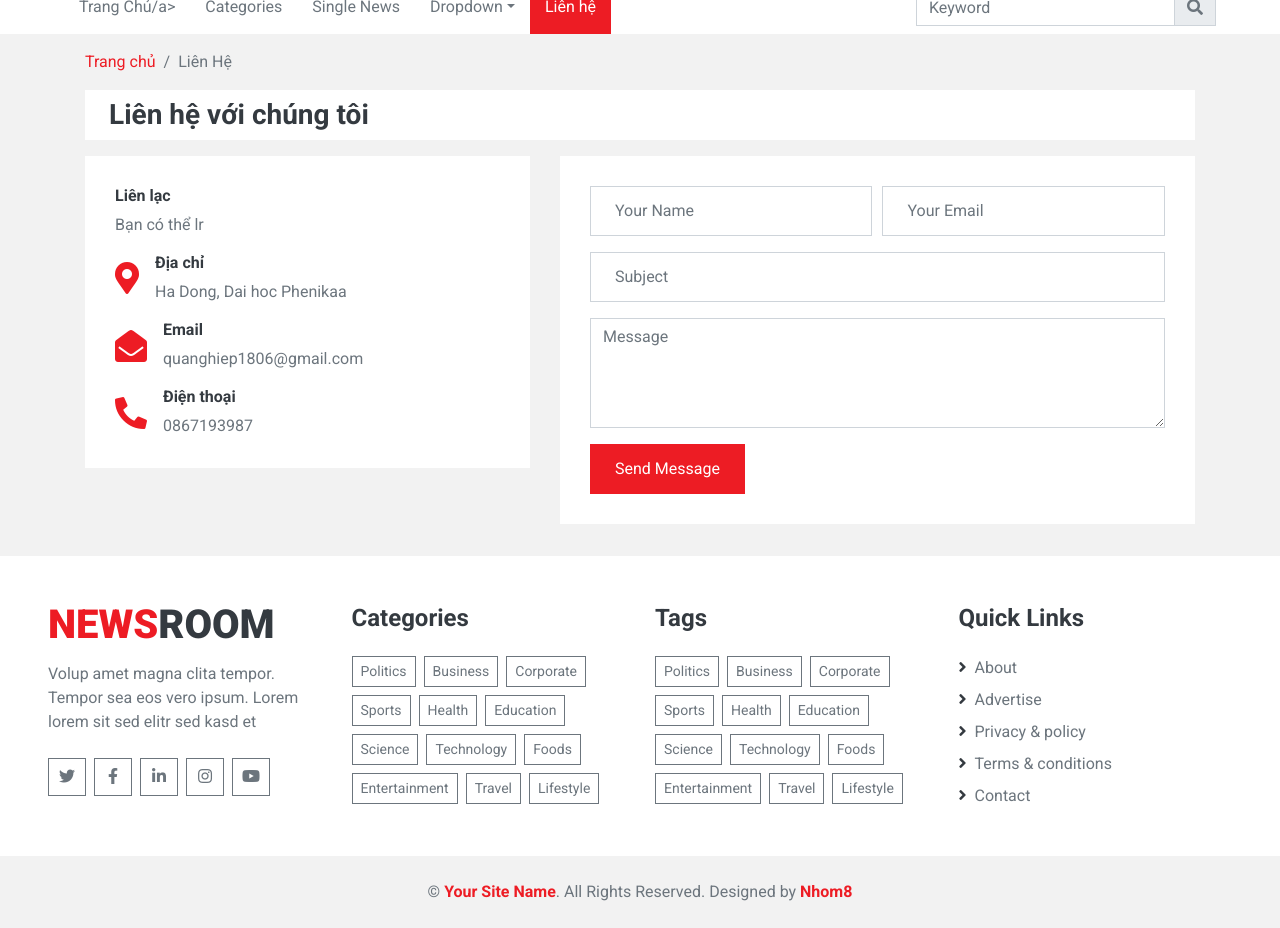
Repository: Namnguyen13/tessttt
Page: contact.html
These files come from the project's save history. The page is drawn as it stood at one moment and after the next save; the edit follows.
The browser window is 1280 px wide. The pictures show the part of the page from y = 376 to 1304 px (the page is 1304 px tall).
A picture or video elsewhere on the page could not be fetched, so the positions and the page height are approximate.

Above is the page before, as saved 2023-04-14 21:14:49.

### contact.html
<!DOCTYPE html>
<html lang="en">

<head>
    <meta charset="utf-8">
    <title>Phần mềm đặt sân đá bóng</title>
    <meta content="width=device-width, initial-scale=1.0" name="viewport">
    <meta content="Free HTML Templates" name="keywords">
    <meta content="Free HTML Templates" name="description">

    <!-- Favicon -->
    <link href="img/favicon.ico" rel="icon">

    <!-- Google Web Fonts -->
    <link rel="preconnect" href="https://fonts.gstatic.com">
    <link href="https://fonts.googleapis.com/css2?family=Roboto:wght@300;400;500;700;900&display=swap" rel="stylesheet">

    <!-- Font Awesome -->
    <link href="https://cdnjs.cloudflare.com/ajax/libs/font-awesome/5.15.0/css/all.min.css" rel="stylesheet">

    <!-- Libraries Stylesheet -->
    <link href="lib/owlcarousel/assets/owl.carousel.min.css" rel="stylesheet">

    <!-- Customized Bootstrap Stylesheet -->
    <link href="css/style.css" rel="stylesheet">
</head>

<body>
    <!-- Topbar Start -->
    <div class="container-fluid">
        <div class="row align-items-center bg-light px-lg-5">
            <div class="col-12 col-md-8">
                <div class="d-flex justify-content-between">
                    <div class="bg-primary text-white text-center py-2" style="width: 100px;">Tranding</div>
                    <div class="owl-carousel owl-carousel-1 tranding-carousel position-relative d-inline-flex align-items-center ml-3" style="width: calc(100% - 100px); padding-left: 90px;">
                        <div class="text-truncate"><a class="text-secondary" href="">Labore sit justo amet eos sed, et sanctus dolor diam eos</a></div>
                        <div class="text-truncate"><a class="text-secondary" href="">Gubergren elitr amet eirmod et lorem diam elitr, ut est erat Gubergren elitr amet eirmod et lorem diam elitr, ut est erat</a></div>
                    </div>
                </div>
            </div>
            <div class="col-md-4 text-right d-none d-md-block">
                Monday, January 01, 2045
            </div>
        </div>
        <div class="row align-items-center py-2 px-lg-5">
            <div class="col-lg-4">
                <a href="" class="navbar-brand d-none d-lg-block">
                    <h1 class="m-0 display-5 text-uppercase"><span class="text-primary">Foot</span>Ball</h1>
                </a>
            </div>
            <div class="col-lg-8 text-center text-lg-right">
                <img class="img-fluid" src="img/ads-700x70.jpg" alt="">
            </div>
        </div>
    </div>
    <!-- Topbar End -->


    <!-- Navbar Start -->
    <div class="container-fluid p-0 mb-3">
        <nav class="navbar navbar-expand-lg bg-light navbar-light py-2 py-lg-0 px-lg-5">
            <a href="" class="navbar-brand d-block d-lg-none">
                <h1 class="m-0 display-5 text-uppercase"><span class="text-primary">Foot</span>Ball</h1>
            </a>
            <button type="button" class="navbar-toggler" data-toggle="collapse" data-target="#navbarCollapse">
                <span class="navbar-toggler-icon"></span>
            </button>
            <div class="collapse navbar-collapse justify-content-between px-0 px-lg-3" id="navbarCollapse">
                <div class="navbar-nav mr-auto py-0">
                    <a href="index.html" class="nav-item nav-link">Trang Chủ/a>
                    <a href="category.html" class="nav-item nav-link">Categories</a>
                    <a href="single.html" class="nav-item nav-link">Single News</a>
                    <div class="nav-item dropdown">
                        <a href="#" class="nav-link dropdown-toggle" data-toggle="dropdown">Dropdown</a>
                        <div class="dropdown-menu rounded-0 m-0">
                            <a href="#" class="dropdown-item">Menu item 1</a>
                            <a href="#" class="dropdown-item">Menu item 2</a>
                            <a href="#" class="dropdown-item">Menu item 3</a>
                        </div>
                    </div>
                    <a href="contact.html" class="nav-item nav-link active">Liên hệ</a>
                </div>
                <div class="input-group ml-auto" style="width: 100%; max-width: 300px;">
                    <input type="text" class="form-control" placeholder="Keyword">
                    <div class="input-group-append">
                        <button class="input-group-text text-secondary"><i
                                class="fa fa-search"></i></button>
                    </div>
                </div>
            </div>
        </nav>
    </div>
    <!-- Navbar End -->


    <!-- Breadcrumb Start -->
    <div class="container-fluid">
        <div class="container">
            <nav class="breadcrumb bg-transparent m-0 p-0">
                <a class="breadcrumb-item" href="#">Trang chủ</a>
                <span class="breadcrumb-item active">Liên Hệ</span>
            </nav>
        </div>
    </div>
    <!-- Breadcrumb End -->


    <!-- Contact Start -->
    <div class="container-fluid py-3">
        <div class="container">
            <div class="bg-light py-2 px-4 mb-3">
                <h3 class="m-0">Liên hệ với chúng tôi</h3>
            </div>
            <div class="row">
                <div class="col-md-5">
                    <div class="bg-light mb-3" style="padding: 30px;">
                        <h6 class="font-weight-bold">Liên lạc</h6>
                        <p>Bạn có thể lr</p>
                        <div class="d-flex align-items-center mb-3">
                            <i class="fa fa-2x fa-map-marker-alt text-primary mr-3"></i>
                            <div class="d-flex flex-column">
                                <h6 class="font-weight-bold">Địa chỉ</h6>
                                <p class="m-0">Ha Dong, Dai hoc Phenikaa</p>
                            </div>
                        </div>
                        <div class="d-flex align-items-center mb-3">
                            <i class="fa fa-2x fa-envelope-open text-primary mr-3"></i>
                            <div class="d-flex flex-column">
                                <h6 class="font-weight-bold">Email</h6>
                                <p class="m-0">quanghiep1806@gmail.com</p>
                            </div>
                        </div>
                        <div class="d-flex align-items-center">
                            <i class="fas fa-2x fa-phone-alt text-primary mr-3"></i>
                            <div class="d-flex flex-column">
                                <h6 class="font-weight-bold">Điện thoại</h6>
                                <p class="m-0">0867193987</p>
                            </div>
                        </div>
                    </div>
                </div>
                <div class="col-md-7">
                    <div class="contact-form bg-light mb-3" style="padding: 30px;">
                        <div id="success"></div>
                        <form name="sentMessage" id="contactForm" novalidate="novalidate">
                            <div class="form-row">
                                <div class="col-md-6">
                                    <div class="control-group">
                                        <input type="text" class="form-control p-4" id="name" placeholder="Your Name" required="required" data-validation-required-message="Please enter your name" />
                                        <p class="help-block text-danger"></p>
                                    </div>
                                </div>
                                <div class="col-md-6">
                                    <div class="control-group">
                                        <input type="email" class="form-control p-4" id="email" placeholder="Your Email" required="required" data-validation-required-message="Please enter your email" />
                                        <p class="help-block text-danger"></p>
                                    </div>
                                </div>
                            </div>
                            <div class="control-group">
                                <input type="text" class="form-control p-4" id="subject" placeholder="Subject" required="required" data-validation-required-message="Please enter a subject" />
                                <p class="help-block text-danger"></p>
                            </div>
                            <div class="control-group">
                                <textarea class="form-control" rows="4" id="message" placeholder="Message" required="required" data-validation-required-message="Please enter your message"></textarea>
                                <p class="help-block text-danger"></p>
                            </div>
                            <div>
                                <button class="btn btn-primary font-weight-semi-bold px-4" style="height: 50px;" type="submit" id="sendMessageButton">Send Message</button>
                            </div>
                        </form>
                    </div>
                </div>
            </div>
        </div>
    </div>
    <!-- Contact End -->

    <!-- Footer Start -->
    <div class="container-fluid bg-light pt-5 px-sm-3 px-md-5">
        <div class="row">
            <div class="col-lg-3 col-md-6 mb-5">
                <a href="index.html" class="navbar-brand">
                    <h1 class="mb-2 mt-n2 display-5 text-uppercase"><span class="text-primary">News</span>Room</h1>
                </a>
                <p>Volup amet magna clita tempor. Tempor sea eos vero ipsum. Lorem lorem sit sed elitr sed kasd et</p>
                <div class="d-flex justify-content-start mt-4">
                    <a class="btn btn-outline-secondary text-center mr-2 px-0" style="width: 38px; height: 38px;" href="#"><i class="fab fa-twitter"></i></a>
                    <a class="btn btn-outline-secondary text-center mr-2 px-0" style="width: 38px; height: 38px;" href="#"><i class="fab fa-facebook-f"></i></a>
                    <a class="btn btn-outline-secondary text-center mr-2 px-0" style="width: 38px; height: 38px;" href="#"><i class="fab fa-linkedin-in"></i></a>
                    <a class="btn btn-outline-secondary text-center mr-2 px-0" style="width: 38px; height: 38px;" href="#"><i class="fab fa-instagram"></i></a>
                    <a class="btn btn-outline-secondary text-center mr-2 px-0" style="width: 38px; height: 38px;" href="#"><i class="fab fa-youtube"></i></a>
                </div>
            </div>
            <div class="col-lg-3 col-md-6 mb-5">
                <h4 class="font-weight-bold mb-4">Categories</h4>
                <div class="d-flex flex-wrap m-n1">
                    <a href="" class="btn btn-sm btn-outline-secondary m-1">Politics</a>
                    <a href="" class="btn btn-sm btn-outline-secondary m-1">Business</a>
                    <a href="" class="btn btn-sm btn-outline-secondary m-1">Corporate</a>
                    <a href="" class="btn btn-sm btn-outline-secondary m-1">Sports</a>
                    <a href="" class="btn btn-sm btn-outline-secondary m-1">Health</a>
                    <a href="" class="btn btn-sm btn-outline-secondary m-1">Education</a>
                    <a href="" class="btn btn-sm btn-outline-secondary m-1">Science</a>
                    <a href="" class="btn btn-sm btn-outline-secondary m-1">Technology</a>
                    <a href="" class="btn btn-sm btn-outline-secondary m-1">Foods</a>
                    <a href="" class="btn btn-sm btn-outline-secondary m-1">Entertainment</a>
                    <a href="" class="btn btn-sm btn-outline-secondary m-1">Travel</a>
                    <a href="" class="btn btn-sm btn-outline-secondary m-1">Lifestyle</a>
                </div>
            </div>
            <div class="col-lg-3 col-md-6 mb-5">
                <h4 class="font-weight-bold mb-4">Tags</h4>
                <div class="d-flex flex-wrap m-n1">
                    <a href="" class="btn btn-sm btn-outline-secondary m-1">Politics</a>
                    <a href="" class="btn btn-sm btn-outline-secondary m-1">Business</a>
                    <a href="" class="btn btn-sm btn-outline-secondary m-1">Corporate</a>
                    <a href="" class="btn btn-sm btn-outline-secondary m-1">Sports</a>
                    <a href="" class="btn btn-sm btn-outline-secondary m-1">Health</a>
                    <a href="" class="btn btn-sm btn-outline-secondary m-1">Education</a>
                    <a href="" class="btn btn-sm btn-outline-secondary m-1">Science</a>
                    <a href="" class="btn btn-sm btn-outline-secondary m-1">Technology</a>
                    <a href="" class="btn btn-sm btn-outline-secondary m-1">Foods</a>
                    <a href="" class="btn btn-sm btn-outline-secondary m-1">Entertainment</a>
                    <a href="" class="btn btn-sm btn-outline-secondary m-1">Travel</a>
                    <a href="" class="btn btn-sm btn-outline-secondary m-1">Lifestyle</a>
                </div>
            </div>
            <div class="col-lg-3 col-md-6 mb-5">
                <h4 class="font-weight-bold mb-4">Quick Links</h4>
                <div class="d-flex flex-column justify-content-start">
                    <a class="text-secondary mb-2" href="#"><i class="fa fa-angle-right text-dark mr-2"></i>About</a>
                    <a class="text-secondary mb-2" href="#"><i class="fa fa-angle-right text-dark mr-2"></i>Advertise</a>
                    <a class="text-secondary mb-2" href="#"><i class="fa fa-angle-right text-dark mr-2"></i>Privacy & policy</a>
                    <a class="text-secondary mb-2" href="#"><i class="fa fa-angle-right text-dark mr-2"></i>Terms & conditions</a>
                    <a class="text-secondary" href="#"><i class="fa fa-angle-right text-dark mr-2"></i>Contact</a>
                </div>
            </div>
        </div>
    </div>
    <div class="container-fluid py-4 px-sm-3 px-md-5">
        <p class="m-0 text-center">
            &copy; <a class="font-weight-bold" href="#">Your Site Name</a>. All Rights Reserved.

			<!--/*** This template is free as long as you keep the footer author’s credit link/attribution link/backlink. If you'd like to use the template without the footer author’s credit link/attribution link/backlink, you can purchase the Credit Removal License from "https://htmlcodex.com/credit-removal". Thank you for your support. ***/-->
			Designed by <a class="font-weight-bold" href="https://htmlcodex.com">Nhom8</a>
        </p>
    </div>
    <!-- Footer End -->


    <!-- Back to Top -->
    <a href="#" class="btn btn-dark back-to-top"><i class="fa fa-angle-up"></i></a>


    <!-- JavaScript Libraries -->
    <script src="https://code.jquery.com/jquery-3.4.1.min.js"></script>
    <script src="https://stackpath.bootstrapcdn.com/bootstrap/4.4.1/js/bootstrap.bundle.min.js"></script>
    <script src="lib/easing/easing.min.js"></script>
    <script src="lib/owlcarousel/owl.carousel.min.js"></script>

    <!-- Contact Javascript File -->
    <script src="mail/jqBootstrapValidation.min.js"></script>
    <script src="mail/contact.js"></script>

    <!-- Template Javascript -->
    <script src="js/main.js"></script>
</body>

</html>

### mail/contact.js
$(function () {

    $("#contactForm input, #contactForm textarea").jqBootstrapValidation({
        preventSubmit: true,
        submitError: function ($form, event, errors) {
        },
        submitSuccess: function ($form, event) {
            event.preventDefault();
            var name = $("input#name").val();
            var email = $("input#email").val();
            var subject = $("input#subject").val();
            var message = $("textarea#message").val();

            $this = $("#sendMessageButton");
            $this.prop("disabled", true);

            $.ajax({
                url: "contact.php",
                type: "POST",
                data: {
                    name: name,
                    email: email,
                    subject: subject,
                    message: message
                },
                cache: false,
                success: function () {
                    $('#success').html("<div class='alert alert-success'>");
                    $('#success > .alert-success').html("<button type='button' class='close' data-dismiss='alert' aria-hidden='true'>&times;")
                            .append("</button>");
                    $('#success > .alert-success')
                            .append("<strong>Your message has been sent. </strong>");
                    $('#success > .alert-success')
                            .append('</div>');
                    $('#contactForm').trigger("reset");
                },
                error: function () {
                    $('#success').html("<div class='alert alert-danger'>");
                    $('#success > .alert-danger').html("<button type='button' class='close' data-dismiss='alert' aria-hidden='true'>&times;")
                            .append("</button>");
                    $('#success > .alert-danger').append($("<strong>").text("Sorry " + name + ", it seems that our mail server is not responding. Please try again later!"));
                    $('#success > .alert-danger').append('</div>');
                    $('#contactForm').trigger("reset");
                },
                complete: function () {
                    setTimeout(function () {
                        $this.prop("disabled", false);
                    }, 1000);
                }
            });
        },
        filter: function () {
            return $(this).is(":visible");
        },
    });

    $("a[data-toggle=\"tab\"]").click(function (e) {
        e.preventDefault();
        $(this).tab("show");
    });
});

$('#name').focus(function () {
    $('#success').html('');
});

### js/main.js
(function ($) {
    "use strict";

    // Dropdown on mouse hover
    $(document).ready(function () {
        function toggleNavbarMethod() {
            if ($(window).width() > 992) {
                $('.navbar .dropdown').on('mouseover', function () {
                    $('.dropdown-toggle', this).trigger('click');
                }).on('mouseout', function () {
                    $('.dropdown-toggle', this).trigger('click').blur();
                });
            } else {
                $('.navbar .dropdown').off('mouseover').off('mouseout');
            }
        }
        toggleNavbarMethod();
        $(window).resize(toggleNavbarMethod);
    });


    // Back to top button
    $(window).scroll(function () {
        if ($(this).scrollTop() > 100) {
            $('.back-to-top').fadeIn('slow');
        } else {
            $('.back-to-top').fadeOut('slow');
        }
    });
    $('.back-to-top').click(function () {
        $('html, body').animate({scrollTop: 0}, 1500, 'easeInOutExpo');
        return false;
    });


    // Tranding carousel
    $(".tranding-carousel").owlCarousel({
        autoplay: true,
        smartSpeed: 2000,
        items: 1,
        dots: false,
        loop: true,
        nav : true,
        navText : [
            '<i class="fa fa-angle-left"></i>',
            '<i class="fa fa-angle-right"></i>'
        ]
    });


    // Carousel item 1
    $(".carousel-item-1").owlCarousel({
        autoplay: true,
        smartSpeed: 1500,
        items: 1,
        dots: false,
        loop: true,
        nav : true,
        navText : [
            '<i class="fa fa-angle-left" aria-hidden="true"></i>',
            '<i class="fa fa-angle-right" aria-hidden="true"></i>'
        ]
    });

    // Carousel item 2
    $(".carousel-item-2").owlCarousel({
        autoplay: true,
        smartSpeed: 1000,
        margin: 30,
        dots: false,
        loop: true,
        nav : true,
        navText : [
            '<i class="fa fa-angle-left" aria-hidden="true"></i>',
            '<i class="fa fa-angle-right" aria-hidden="true"></i>'
        ],
        responsive: {
            0:{
                items:1
            },
            576:{
                items:1
            },
            768:{
                items:2
            }
        }
    });


    // Carousel item 3
    $(".carousel-item-3").owlCarousel({
        autoplay: true,
        smartSpeed: 1000,
        margin: 30,
        dots: false,
        loop: true,
        nav : true,
        navText : [
            '<i class="fa fa-angle-left" aria-hidden="true"></i>',
            '<i class="fa fa-angle-right" aria-hidden="true"></i>'
        ],
        responsive: {
            0:{
                items:1
            },
            576:{
                items:1
            },
            768:{
                items:2
            },
            992:{
                items:3
            }
        }
    });


    // Carousel item 4
    $(".carousel-item-4").owlCarousel({
        autoplay: true,
        smartSpeed: 1000,
        margin: 30,
        dots: false,
        loop: true,
        nav : true,
        navText : [
            '<i class="fa fa-angle-left" aria-hidden="true"></i>',
            '<i class="fa fa-angle-right" aria-hidden="true"></i>'
        ],
        responsive: {
            0:{
                items:1
            },
            576:{
                items:1
            },
            768:{
                items:2
            },
            992:{
                items:3
            },
            1200:{
                items:4
            }
        }
    });

})(jQuery);

Loaded but not shown: lib/owlcarousel/assets/owl.carousel.min.css (common file); css/style.css (library); lib/easing/easing.min.js (common file); lib/owlcarousel/owl.carousel.min.js (library); mail/jqBootstrapValidation.min.js (library)

After the next save:
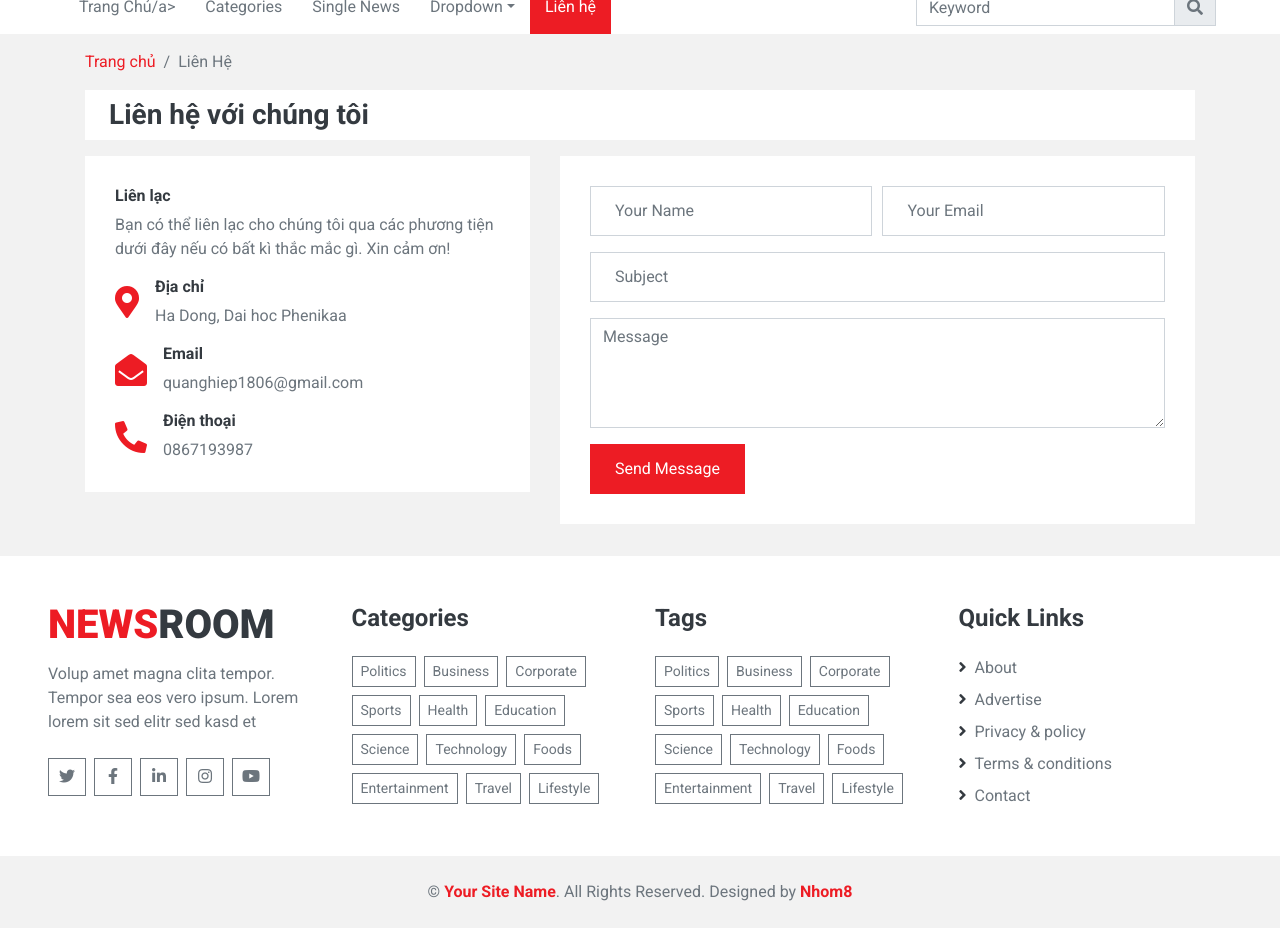
Saved 30 s later.
--- a/contact.html
+++ b/contact.html
@@ -115,7 +115,7 @@
                 <div class="col-md-5">
                     <div class="bg-light mb-3" style="padding: 30px;">
                         <h6 class="font-weight-bold">Liên lạc</h6>
-                        <p>Bạn có thể lr</p>
+                        <p>Bạn có thể liên lạc cho chúng tôi qua các phương tiện dưới đây nếu có bất kì thắc mắc gì. Xin cảm ơn!</p>
                         <div class="d-flex align-items-center mb-3">
                             <i class="fa fa-2x fa-map-marker-alt text-primary mr-3"></i>
                             <div class="d-flex flex-column">
